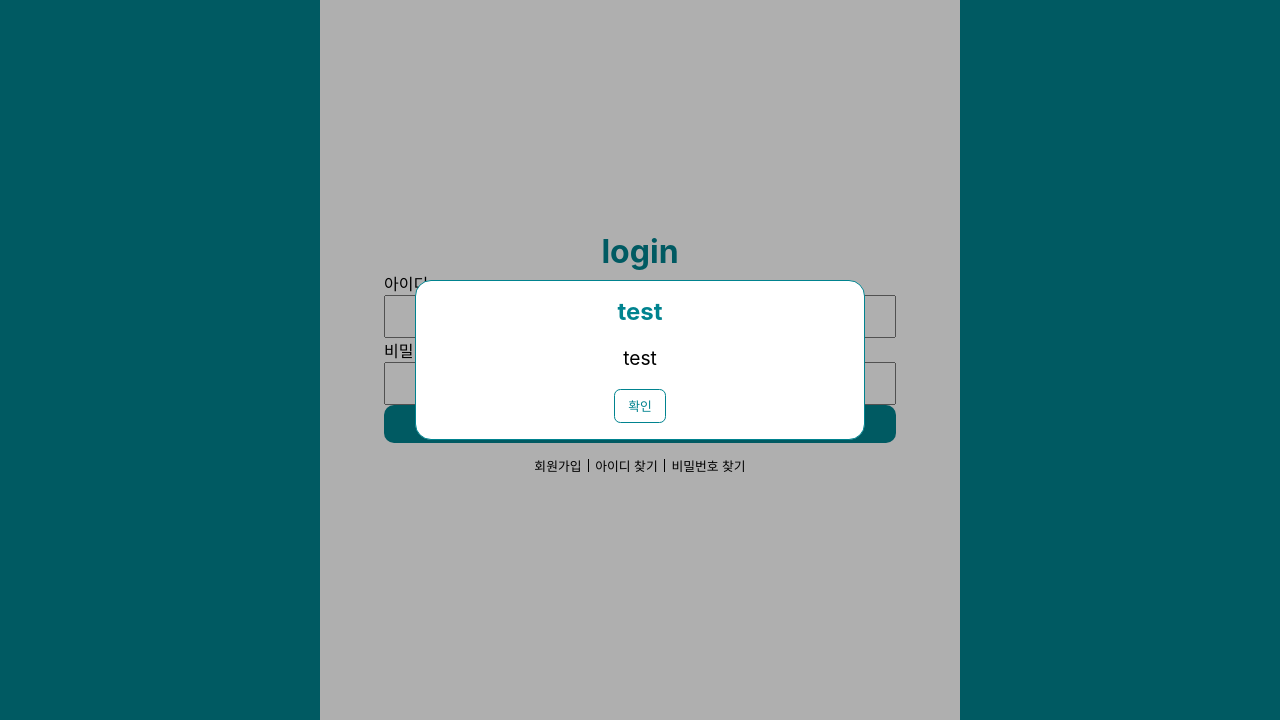
Repository: SeungYn/ticktickup-client
Page: /Login
An editor plug-in stored every save of this project. The page is shown before and after the next save, followed by the edit.
The browser window is 1280 px wide. The pictures show the whole page.
The project was rebuilt for these pictures with package versions that can differ from the ones it lists, and the page was loaded fresh each time. Also part of the build but not shown: src/App.tsx, src/pages/Main.tsx, src/pages/TimeDetail.tsx, src/pages/MyInfo.tsx, src/containers/auth/RegisterFormContainer.tsx, src/pages/RegisterPage.tsx.

Above is the page before, as saved 2023-01-04 00:24:07.

After the next save:
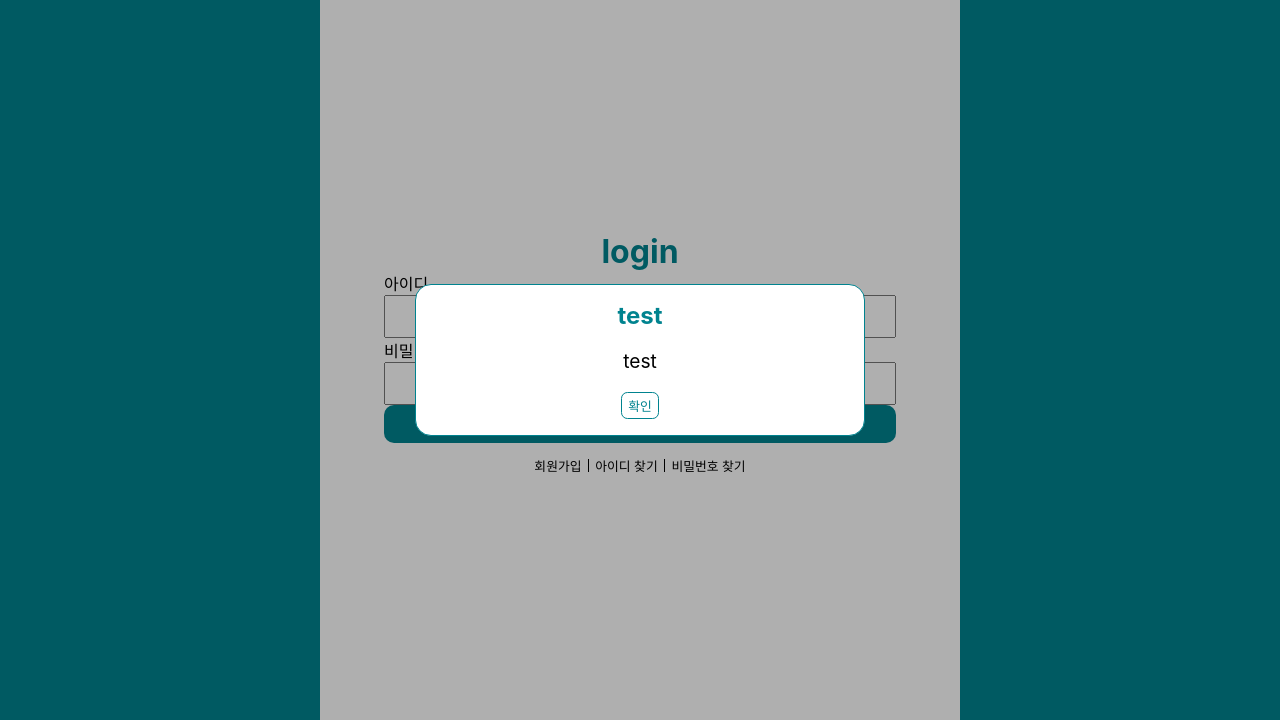
Saved 5 s later.
--- a/src/components/common/ConfirmModal.tsx
+++ b/src/components/common/ConfirmModal.tsx
@@ -48,7 +48,7 @@ const ModalContent = styled.div`
   & button {
     color: ${(props) => props.theme.color};
     border: 1px solid ${(props) => props.theme.color};
-    padding: 0.4rem 0.8rem;
+    padding: 0.2rem 0.4rem;
     border-radius: 0.4rem;
     font-size: 0.8rem;
   }
